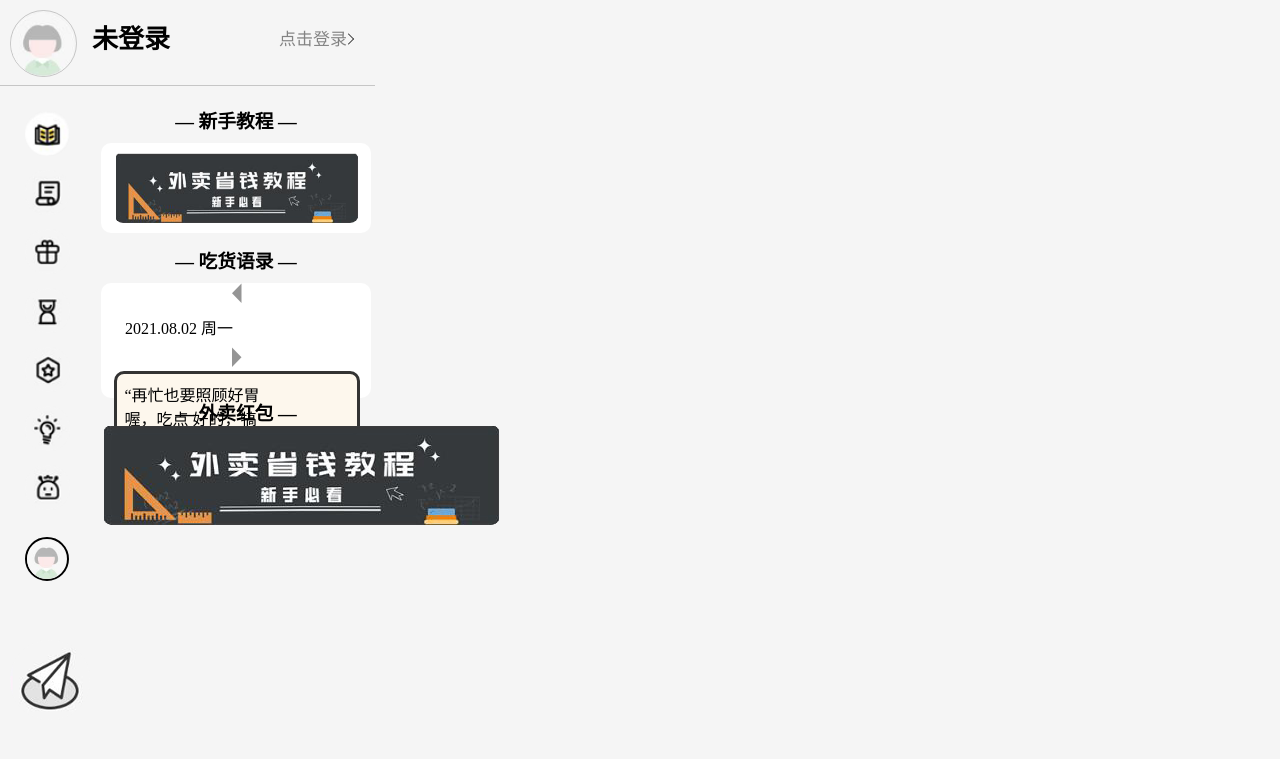
Repository: Privatexiao/projects
Page: Takeout assistant/index.html
The author's editor kept a copy of each file at every save. The page is drawn from the files as they stood at one save, then again after a run of saves.
The browser window is 1280 px wide. The pictures show the whole page.

Above is the page before, as saved 2021-08-02 17:34:58.

After the next 3 saves:
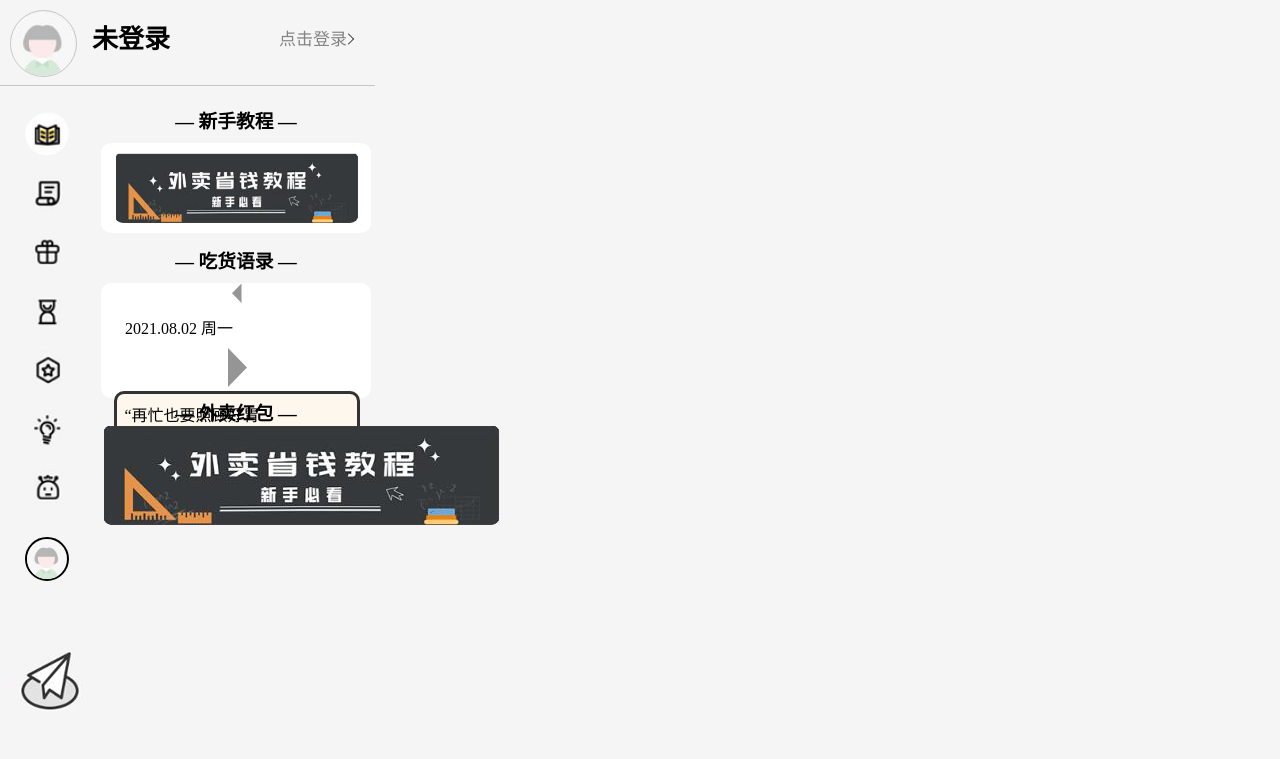
The 3 saves are shown as one change because they came seconds apart.
The last was saved 10 s later.
--- a/Takeout assistant/css/index.css
+++ b/Takeout assistant/css/index.css
@@ -120,7 +120,7 @@ ul,ol{
     width: 140px;
     padding: 8px;
 }
-.VersionQuotation .chyl_bj img{
+.VersionQuotation .chyl_bj .chyl_bj_1{
     width: 20px;
     height: 20px;
 }

After the 2 saves that followed:
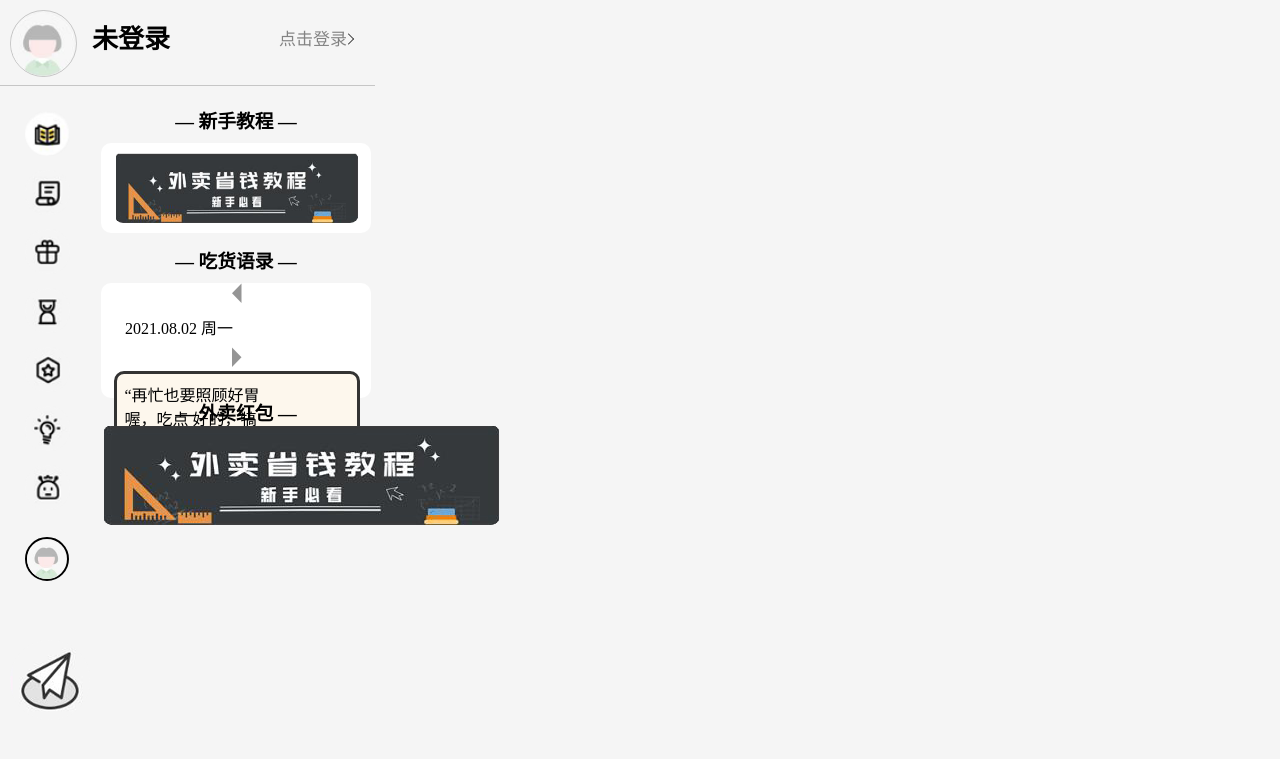
The 2 saves are shown as one change because they came seconds apart.
The last was saved 13 s later.
--- a/Takeout assistant/css/index.css
+++ b/Takeout assistant/css/index.css
@@ -124,6 +124,10 @@ ul,ol{
     width: 20px;
     height: 20px;
 }
+.VersionQuotation .chyl_bj .chyl_bj_2{
+    width: 20px;
+    height: 20px;
+}
 /* 白色背景 */
 .VersionQuotation .chyl_bj{
     margin-top: 10px;
